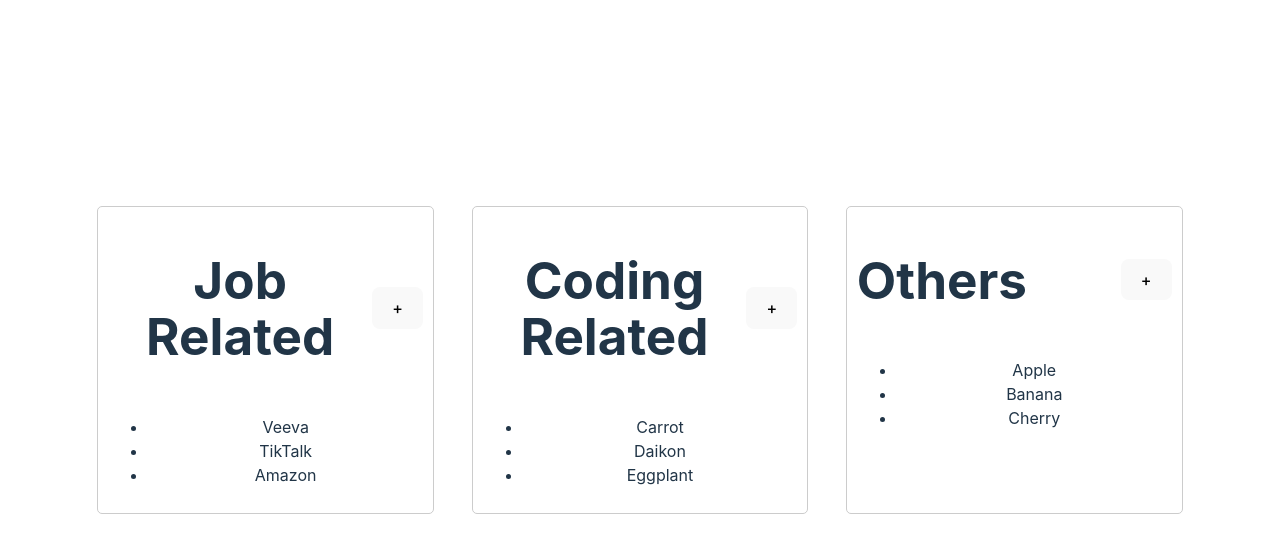
Repository: UofS-Jinhua/MyWebApp
Page: /
These files come from the project's save history. The page is drawn as it stood at one moment and after the next save; the edit follows.
The browser window is 1280 px wide. The pictures show the whole page.
The project was rebuilt for these pictures with package versions that can differ from the ones it lists, and the page was loaded fresh each time. Also part of the build but not shown: vite.config.js.

Above is the page before, as saved 2024-10-23 13:00:57.

After the next save:
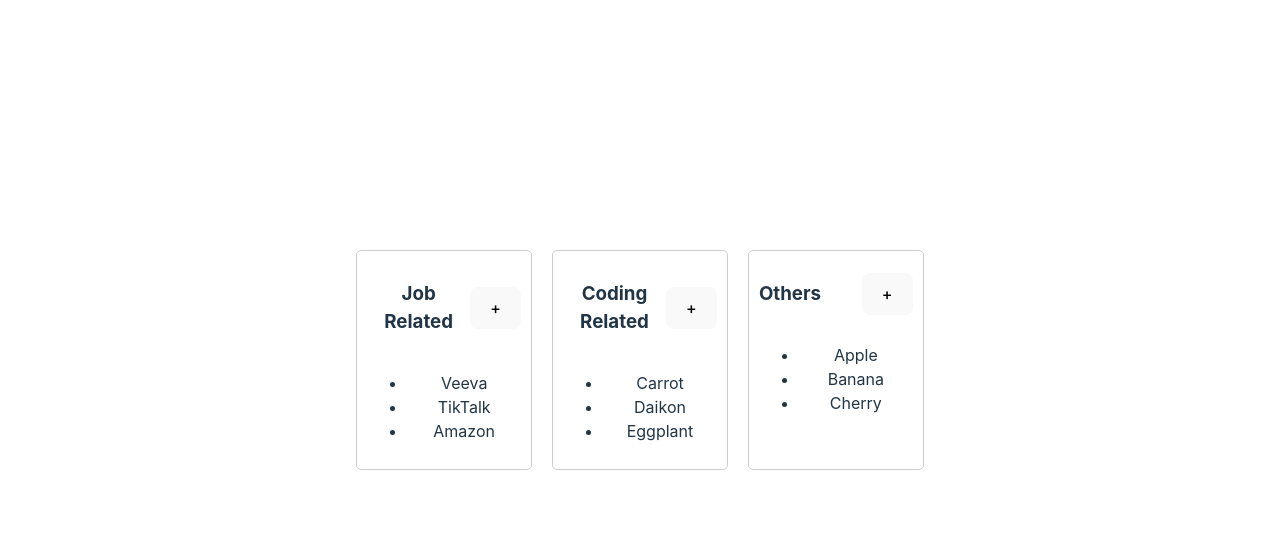
Saved 20 s later.
--- a/src/components/Category.jsx
+++ b/src/components/Category.jsx
@@ -11,7 +11,7 @@
   return (
     <div className="category">
       <div className="category-header">
-        <h1>{c_name}</h1>
+        <h3>{c_name}</h3>
         <button className="add-button" onClick={addContent}>
           +
         </button>
